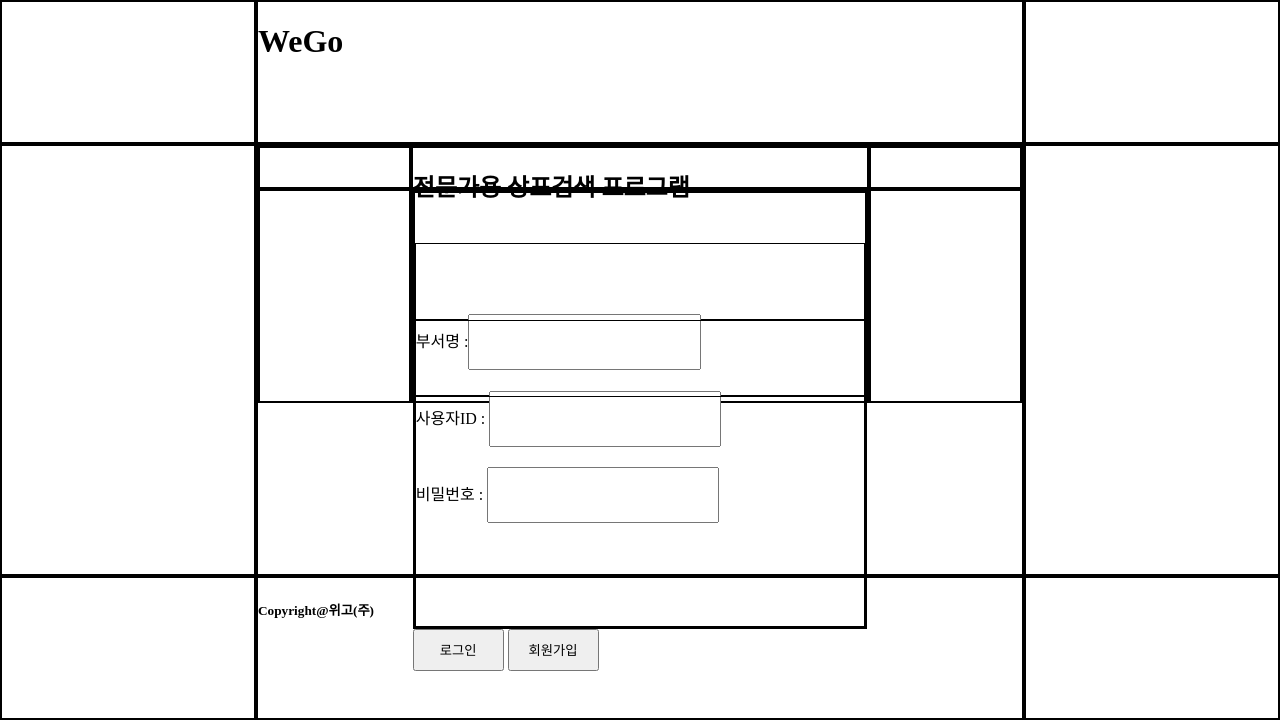
Repository: hamuse/wego1
Page: http://localhost/teamW1/facade.do
These files come from the project's save history. The page is drawn as it stood at one moment and after the next save; the edit follows.
The browser window is 1280 px wide. The pictures show the whole page.
Some web libraries are served in a nearby version. The page is served by Tomcat 9.

Above is the page before, as saved 2019-10-07 10:59:04.

After the next save:
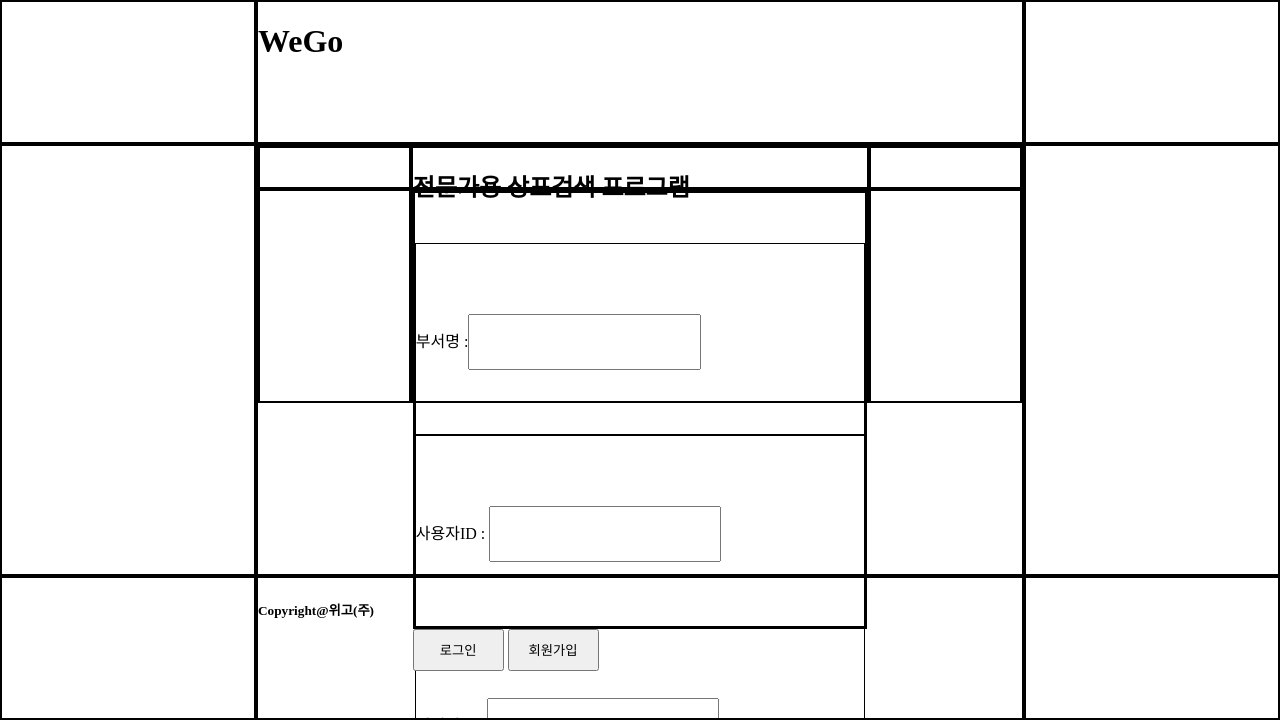
Saved 45 s later.
--- a/teamW1/WebContent/resources/css/style.css
+++ b/teamW1/WebContent/resources/css/style.css
@@ -28,8 +28,8 @@ html, body{
 	display: grid;
 	width: 100%
 	height: 80%
-	grid-template-columns: 20% 20%;
-	grid-template-rows: 20% 20%;
+	grid-template-columns: 50% 50%;
+	grid-template-rows: 50% 50%;
 	margin: 0 auto;
 	padding-top: 50px;
 }
